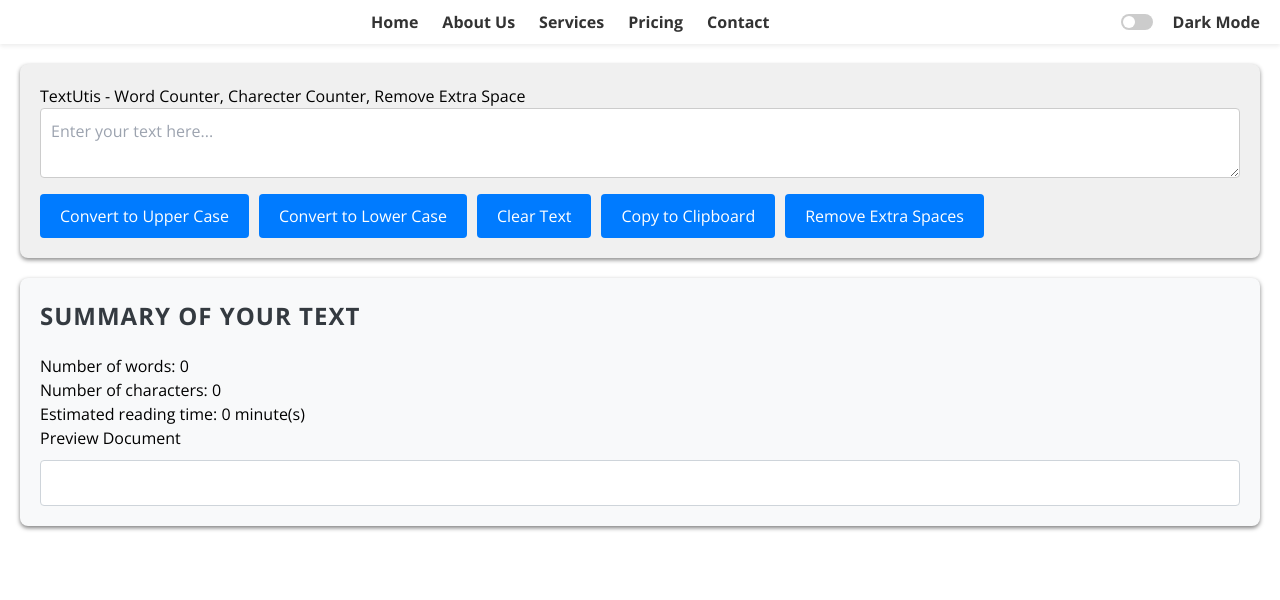
Repository: sriram1224/Text-converter
Page: /about
These files come from the project's save history. The page is drawn as it stood at one moment and after the next save; the edit follows.
The browser window is 1280 px wide. The pictures show the whole page.
The project was rebuilt for these pictures with package versions that can differ from the ones it lists, and the page was loaded fresh each time. Also part of the build but not shown: src/App.css.

Above is the page before, as saved 2024-03-27 02:27:20.

### src/index.css
@tailwind base;
@tailwind components;
@tailwind utilities;

body{
    font-family: "Open Sans", sans-serif;

}

### src/App.js
import Home from './Home';
import './App.css';
import Header from './Header';

function App() {
  return (
    <div className="App">
      <Header/>
      <Home />
    </div>
  );
}

export default App;

### src/Home.jsx
import React, { useState } from 'react';
import './Home.css';

function InputComponent({ onTextChange }) {

  const [text, setText] = useState('');

  const handleInputChange = (event) => {
    setText(event.target.value);
    onTextChange(event.target.value);
  };

  const convertToUpperCase = () => {
    const upperCaseText = text.toUpperCase();
    setText(upperCaseText);
    onTextChange(upperCaseText);
  };

  const convertToLowerCase = () => {
    const lowerCaseText = text.toLowerCase();
    setText(lowerCaseText);
    onTextChange(lowerCaseText);
  };

  const clearText = () => {
    setText('');
    onTextChange('');
  };

  const copyToClipboard = () => {
    navigator.clipboard.writeText(text);
  };

  const removeExtraSpaces = () => {
    const trimmedText = text.replace(/\s+/g, ' ').trim();
    setText(trimmedText);
    onTextChange(trimmedText);
  };

  return (
      <div className="input-container">
          <h1>TextUtis - Word Counter, Charecter Counter, Remove Extra Space</h1>
      <textarea
        type="text"
        value={text}
        onChange={handleInputChange}
        className="input-field"
        placeholder="Enter your text here..."
      />
      <button onClick={convertToUpperCase} className="btn">Convert to Upper Case</button>
      <button onClick={convertToLowerCase} className="btn">Convert to Lower Case</button>
      <button onClick={clearText} className="btn">Clear Text</button>
      <button onClick={copyToClipboard} className="btn">Copy to Clipboard</button>
      <button onClick={removeExtraSpaces} className="btn">Remove Extra Spaces</button>
    </div>
  );
}

function TextSummary({ text }) {
  const wordCount = text.split(/\s+/).filter((word) => word).length;
  const characterCount = text.length;
  const readingTime = Math.round(wordCount / 200); // assuming an average reading speed of 200 words per minute

  return (
    <div className="summary-container">
      <h1 className="summary-heading">Summary of Your Text</h1>
      <p>Number of words: {wordCount}</p>
      <p>Number of characters: {characterCount}</p>
      <p>Estimated reading time: {readingTime} minute(s)</p>
      <h2>Preview Document</h2>
      <input className="preview-text" value={text} readOnly />
    </div>
  );
}

function Home() {
  const [text, setText] = useState('');

  const handleTextChange = (newText) => {
    setText(newText);
  };

  return (
    <div className="container">
      <InputComponent onTextChange={handleTextChange} />
      <TextSummary text={text} />
    </div>
  );
}

export default Home;

### src/Header.jsx
import React, { useState, useEffect } from 'react';
import Navbar from './Navbar';

function Header() {
  const [isDarkMode, setIsDarkMode] = useState(false);
  const [showSuccessMessage, setShowSuccessMessage] = useState(false);

  const toggleDarkMode = () => {
    setIsDarkMode(!isDarkMode);
    setShowSuccessMessage(true); // Show success message when mode changes
    setTimeout(() => {
      setShowSuccessMessage(false); // Hide success message after 2 seconds
    }, 2000);
    };
    useEffect(() => {
        document.body.classList.toggle('dark', isDarkMode);

    },[isDarkMode]);

  return (
    <div>
      <Navbar isDarkMode={isDarkMode} toggleDarkMode={toggleDarkMode} />
      {/* Success message */}
      {showSuccessMessage && (
        <div className="success-message">
          Success: {isDarkMode ? 'Dark' : 'Light'} mode has been enabled
        </div>
      )}
    </div>
  );
}

export default Header;

### src/Home.css

.dark{
    background-color: #343a40;


}
.container {
    margin: auto;
    padding: 20px;
}

.input-container {

    margin: auto;
    background-color: #f0f0f0;
    padding: 20px;
    border-radius: 8px;
    box-shadow: 0 2px 4px rgba(0, 0, 0, 0.46);
}

.input-field {
    width: 100%;
    padding: 10px;
    margin-bottom: 10px;
    border: 1px solid #ccc;
    border-radius: 4px;
    outline: none;
}

.btn {
    padding: 10px 20px;
    margin-right: 10px;
    background-color: #007bff;
    color: white;
    border: none;
    border-radius: 4px;
    cursor: pointer;
    outline: none;
}

.btn:hover {
    background-color: #0056b3;
}

.summary-container {
    margin: 20px auto;
    padding: 20px;
    background-color: #f8f9fa;
    border-radius: 8px;
    box-shadow: 0 2px 4px rgba(0, 0, 0, 0.511);

    transition: all 0.3s ease;
}

.summary-container:hover {
    box-shadow: 0 5px 15px rgba(0, 0, 0, 0.2);
}

.summary-heading {
    font-size: 24px;
    font-weight: bold;
    margin-bottom: 20px;
    color: #343a40;
    text-transform: uppercase;
    letter-spacing: 1px;
}

.preview-text {
    margin-top: 10px;
    padding: 10px;
    border: 1px solid #ced4da;
    border-radius: 4px;
    width: 100%;
    box-sizing: border-box;
    font-size: 16px;
    color: #495057;
    background-color: #ffffff;
    transition: all 0.3s ease;
}

.preview-text:focus {
    border-color: #495057;
    box-shadow: 0 0 0 0.2rem rgba(73, 80, 87, 0.25);
}

### src/Navbar.jsx
import React, { useState } from 'react';
import './Navbar.css'; // Importing external CSS file

function Navbar({ isDarkMode, toggleDarkMode }) {
  const [isMenuOpen, setIsMenuOpen] = useState(false);

  const toggleMenu = () => {
    setIsMenuOpen(!isMenuOpen);
  };


  return (
    <nav className={`navbar-container ${isDarkMode ? 'dark' : 'light'}`}>
      <a className="navbar-brand" href="#">
        {/* Your brand content here */}
      </a>
      <div className="navbar-toggle" onClick={toggleMenu}>
        <svg className="navbar-toggle-icon" viewBox="0 0 20 20" xmlns="http://www.w3.org/2000/svg">
          <title>Mobile menu</title>
          <path d="M0 3h20v2H0V3zm0 6h20v2H0V9zm0 6h20v2H0v-2z"></path>
        </svg>
      </div>
      <ul className={`navbar-menu ${isMenuOpen ? 'open' : ''}`}>
        <li><a href="#" className="navbar-link">Home</a></li>
        <li><a href="#" className="navbar-link">About Us</a></li>
        <li><a href="#" className="navbar-link">Services</a></li>
        <li><a href="#" className="navbar-link">Pricing</a></li>
        <li><a href="#" className="navbar-link">Contact</a></li>
      </ul>
      <label className="toggle-dark-mode">
        <input type="checkbox" checked={isDarkMode} onChange={toggleDarkMode} className="sr-only peer" />
        <div className="toggle-track peer-focus:ring-dark peer-checked:after"></div>
        <span className="toggle-label ${isDarkMode ? 'dark' : 'light'}`">{isDarkMode ? "Light Mode" : "Dark Mode"}</span>
      </label>
      {isMenuOpen && <div className="navbar-backdrop" onClick={toggleMenu}></div>}
    </nav>
  );
}

export default Navbar;

### src/Navbar.css

@import url('https://fonts.googleapis.com/css2?family=Open+Sans:ital,wght@0,300..800;1,300..800&family=Signika:wght@300..700&display=swap');

nav{
    font-family: "Open Sans", sans-serif;
    font-size: 16px;
    font-weight: bold;
}
.navbar-container.light {
    background-color: #fff;
    color: #333;
    padding: 10px 20px;
    display: flex;
    justify-content: space-between;
    align-items: center;
    box-shadow: 0 2px 4px rgba(73, 73, 73, 0.1);
}


.navbar-container.dark {
    background-color: #333;
    color: #1c3feb;
    padding: 10px 20px;
        display: flex;
        justify-content: space-between;
        align-items: center;
        box-shadow: 0 4px 4px rgba(197, 188, 188, 0.1);
}


.success-message {
    color: #008000;

    background-color: #7fffd4;

    position: absolute;
    top: 20px;
    padding: 10px;
    border-radius: 5px;
    margin-top: 10px;
}

.navbar-brand {
    font-size: 24px;
    font-weight: bold;
    line-height: 1;
    color: inherit;
    text-decoration: none;
}

/* Navbar Toggle Button */
.navbar-toggle {
    display: none;
    cursor: pointer;
}

/* Navbar Toggle Icon */
.navbar-toggle-icon {
    height: 24px;
    width: 24px;
    fill: currentColor;
}

/* Navbar Menu */
.navbar-menu {
    list-style: none;
    display: flex;
    align-items: center;
    gap: 24px;
}

.navbar-menu.open {
    display: flex;
}

/* Navbar Link */
.navbar-link {
    font-size: 16px;

    text-decoration: none;
}

/* Toggle Dark Mode */
.toggle-dark-mode {
    display: flex;
    align-items: center;
    cursor: pointer;
    gap: 20px;
}

.toggle-track {
    width: 32px;
    height: 16px;
    background-color: #ccc;
    border-radius: 8px;
    position: relative;
}

.toggle-track:after {
    content: '';
    position: absolute;
    top: 2px;
    left: 2px;
    width: 12px;
    height: 12px;
    border-radius: 50%;
    background-color: #fff;
    transition: transform 0.3s;
}

.toggle-dark-mode input[type="checkbox"]:checked+.toggle-track:after {
    transform: translateX(16px);
}

.toggle-label .light {
    margin-left: 8px;
    font-size: 14px;
    color: #000000;
}
.toggle-label .dark {
    margin-left: 8px;
    font-size: 14px;
    color: #ffefef;
}

### tailwind.config.js
const path = require('path');

module.exports = {
  content: [
    './src/**/*.{html,jsx}',
  ],
  theme: {
    extend: {},
  },
  plugins: [],
};

Loaded but not shown: public/index.html (common file); src/index.js (common file); src/reportWebVitals.js (common file)

After the next save:
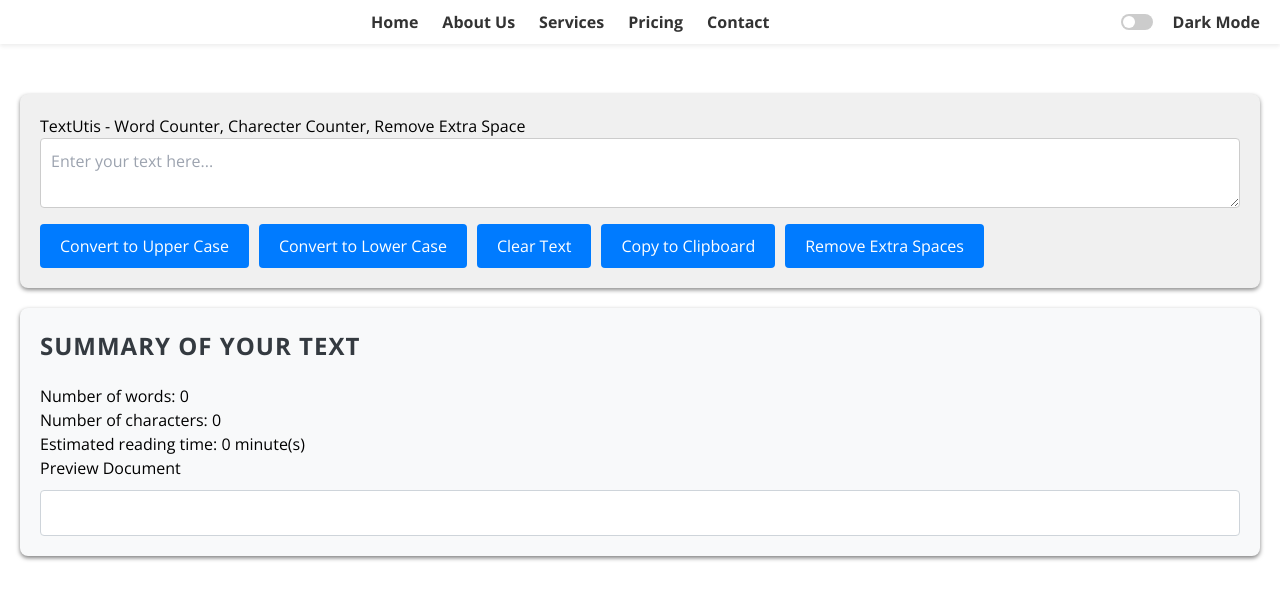
Saved 61 s later.
--- a/src/Home.css
+++ b/src/Home.css
@@ -5,7 +5,7 @@
 
 }
 .container {
-    margin: auto;
+    margin-top: 30px;
     padding: 20px;
 }
 
